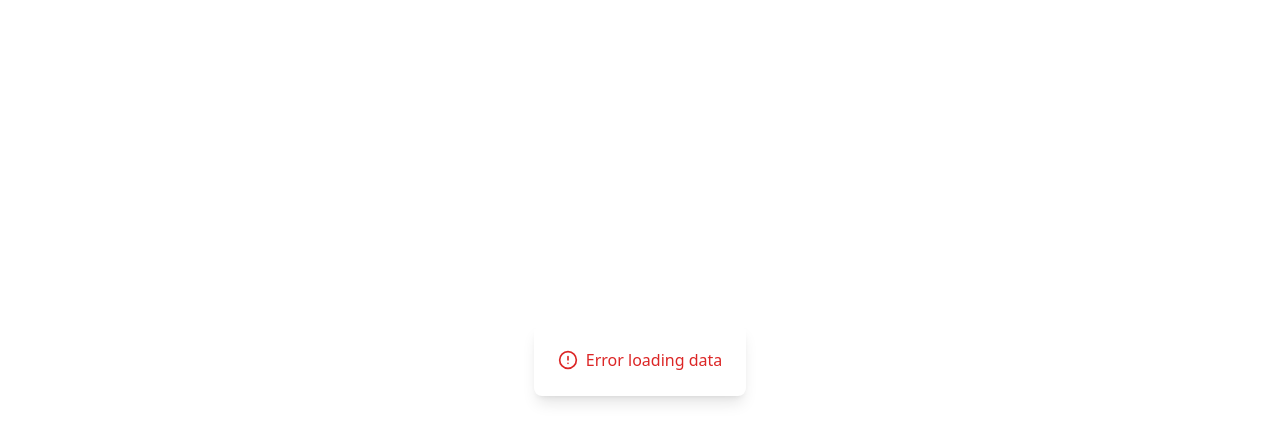
Repository: gpierre004/Stock_Analysis_Dashboard
Page: /portfolio
An editor plug-in stored every save of this project. The page is shown before and after the next save, followed by the edit.
The browser window is 1280 px wide. The pictures show the whole page.
The page's requests for data from a server got no answer. The project was rebuilt for these pictures with package versions that can differ from the ones it lists, and the page was loaded fresh each time. A package was used in the major version that the imports need, not the one package.json lists. No one was signed in, and anything a server would have sent is missing. Also part of the build but not shown: vite.config.ts, src/components/PriceChart.tsx, src/components/VolumeAnalysis.tsx, src/components/TechnicalSignals.tsx, src/components/common/ErrorCard.tsx, src/components/StockCard.tsx, src/components/CorrelationMatrix.tsx.

Above is the page before, as saved 2024-11-16 12:38:37.

### src/App.tsx
import React from 'react';
import { QueryClient, QueryClientProvider } from '@tanstack/react-query';
import { Dashboard } from './components/Dashboard';

const queryClient = new QueryClient({
  defaultOptions: {
    queries: {
      retry: 3,
      staleTime: 30000,
      refetchOnWindowFocus: false,
      refetchOnMount: true,
      onError: (error) => {
        console.error('Query error:', error);
      },
    },
  },
});

function App() {
  return (
    <QueryClientProvider client={queryClient}>
      <Dashboard />
    </QueryClientProvider>
  );
}

export default App;

### src/components/Dashboard.tsx
import React from 'react';
import { GanttChartSquare } from 'lucide-react';
import StockCard from './StockCard';
import LoadingCard from './common/LoadingCard';
import ErrorCard from './common/ErrorCard';
import { CorrelationMatrix } from './CorrelationMatrix';
import { useLatestPrices, useCorrelations } from '../hooks/useStockData';

export const Dashboard = () => {
  const {
    data: latestPrices,
    isLoading: pricesLoading,
    error: pricesError,
    isError: isPricesError
  } = useLatestPrices();

  const tickers = React.useMemo(() =>
    latestPrices?.map(price => price.CompanyTicker) || [],
    [latestPrices]
  );

  const {
    data: correlations,
    isLoading: correlationsLoading
  } = useCorrelations(tickers);

  if (isPricesError) {
    return (
      <div className="min-h-screen flex items-center justify-center">
        <ErrorCard
          message={pricesError instanceof Error ? pricesError.message : 'Error loading price data'}
        />
      </div>
    );
  }

  if (pricesLoading) {
    return (
      <div className="min-h-screen flex items-center justify-center">
        <LoadingCard />
      </div>
    );
  }

  if (!latestPrices?.length) {
    return (
      <div className="min-h-screen flex items-center justify-center">
        <ErrorCard message="No stock data available" />
      </div>
    );
  }

  return (
    <div className="min-h-screen bg-gray-100">
      <header className="bg-white shadow-sm">
        <div className="max-w-7xl mx-auto px-4 py-4 sm:px-6 lg:px-8">
          <div className="flex items-center gap-2">
            <GanttChartSquare className="w-8 h-8 text-blue-600" />
            <h1 className="text-2xl font-bold text-gray-900">Stock Analysis Dashboard</h1>
          </div>
        </div>
      </header>

      <main className="max-w-7xl mx-auto px-4 py-8 sm:px-6 lg:px-8">
        <div className="grid grid-cols-1 md:grid-cols-2 lg:grid-cols-3 gap-6">
          {latestPrices.map((price) => (
            <StockCard key={price.CompanyTicker} ticker={price.CompanyTicker} />
          ))}
        </div>

        {!correlationsLoading && correlations && correlations.length > 0 && (
          <div className="mt-6">
            <CorrelationMatrix correlations={correlations} />
          </div>
        )}
      </main>
    </div>
  );
};

export default Dashboard;

### src/components/common/LoadingCard.tsx
import React from 'react';
import { AlertCircle } from 'lucide-react';

interface ErrorCardProps {
  message: string;
  ticker?: string;
}

export const ErrorCard = ({ message, ticker }: ErrorCardProps) => {
  return (
    <div className="bg-white rounded-lg shadow-lg p-6">
      <div className="flex items-center gap-2 text-red-600">
        <AlertCircle className="w-5 h-5" />
        <div>{message || `Error loading data${ticker ? ` for ${ticker}` : ''}`}</div>
      </div>
    </div>
  );
};

export default ErrorCard;

### src/hooks/useStockData.ts
import { useQuery } from '@tanstack/react-query';

const API_BASE_URL = 'http://localhost:3000/api';

interface StockPrice {
  CompanyTicker: string;
  adjustedClose: number;
  volume: number;
  date: string;
}

interface VolumeAnalysisData {
  CompanyTicker: string;
  volume: number;
  avg_volume: number;
  vwap: number;
}

interface TechnicalIndicatorData {
  CompanyTicker: string;
  current_price: number;
  price_change_20d: number | null;
  sma20: number;
  avg_volume: number;
}

interface CorrelationData {
  ticker1: string;
  ticker2: string;
  correlation: number;
}

//Portfolio-related
interface PortfolioStock {
  ticker: string;
  total_invested: number;
  current_value: number;
  profit_loss: number;
}

// Error handling with specific error types
class APIError extends Error {
  constructor(public status: number, message: string) {
    super(message);
    this.name = 'APIError';
  }
}

// Generic fetch function with improved error handling
const fetchData = async <T>(url: string): Promise<T> => {
  try {
    const response = await fetch(url);
    if (!response.ok) {
      const errorText = await response.text();
      throw new APIError(response.status, errorText);
    }
    return response.json();
  } catch (error) {
    if (error instanceof APIError) {
      throw error;
    }
    throw new Error('Network error occurred');
  }
};

// Constants for refetch intervals
const REFRESH_INTERVALS = {
  PRICE: 60000,    // 1 minute
  VOLUME: 60000,   // 1 minute
  TECHNICAL: 60000, // 1 minute
  CORRELATION: 300000 // 5 minutes
} as const;

export const useLatestPrices = () => {
  return useQuery<StockPrice[], APIError>({
    queryKey: ['latestPrices'],
    queryFn: () => fetchData(`${API_BASE_URL}/prices/latest`),
    refetchInterval: REFRESH_INTERVALS.PRICE,
    retry: 3,
    staleTime: 30000,
    select: (data) => data.map(price => ({
      ...price,
      adjustedClose: Number(price.adjustedClose),
      volume: Number(price.volume)
    }))
  });
};

export const useVolumeAnalysis = (ticker: string) => {
  return useQuery<VolumeAnalysisData, APIError>({
    queryKey: ['volumeAnalysis', ticker],
    queryFn: () => fetchData(`${API_BASE_URL}/analysis/volume/${ticker}`),
    enabled: Boolean(ticker),
    refetchInterval: REFRESH_INTERVALS.VOLUME,
    retry: 3,
    staleTime: 30000,
    select: (data) => ({
      ...data,
      volume: Number(data.volume),
      avg_volume: Number(data.avg_volume),
      vwap: Number(data.vwap)
    })
  });
};

export const useTechnicalIndicators = (ticker: string) => {
  return useQuery<TechnicalIndicatorData, APIError>({
    queryKey: ['technicalIndicators', ticker],
    queryFn: () => fetchData(`${API_BASE_URL}/analysis/technical/${ticker}`),
    enabled: Boolean(ticker),
    refetchInterval: REFRESH_INTERVALS.TECHNICAL,
    retry: 3,
    staleTime: 30000,
    select: (data) => ({
      ...data,
      current_price: Number(data.current_price),
      price_change_20d: data.price_change_20d !== null ? Number(data.price_change_20d) : null,
      sma20: Number(data.sma20),
      avg_volume: Number(data.avg_volume)
    })
  });
};

export const useCorrelations = (tickers: string[]) => {
  return useQuery<CorrelationData[], APIError>({
    queryKey: ['correlations', tickers],
    queryFn: async () => {
      if (!tickers.length) return [];
      return fetchData(`${API_BASE_URL}/analysis/correlations?tickers=${tickers.join(',')}`);
    },
    enabled: tickers.length > 0,
    refetchInterval: REFRESH_INTERVALS.CORRELATION,
    retry: 3,
    staleTime: 150000,
    select: (data) => data.map(correlation => ({
      ...correlation,
      correlation: Number(correlation.correlation)
    }))
  });
};

// Porfolio related
export const usePortfolioData = () => {
  return useQuery<PortfolioStock[], Error>({
    queryKey: ['portfolioData'],
    queryFn: async () => {
      const response = await fetch(`${API_BASE_URL}/portfolio`); // Ensure this matches the new route
      if (!response.ok) {
        throw new Error('Failed to fetch portfolio data');
      }
      return response.json();
    },
    staleTime: 30000,
  });
};

### src/components/Portfolio.tsx
// src/components/Portfolio.tsx
import React from 'react';
import { usePortfolioData } from '../hooks/useStockData'; // Custom hook to fetch portfolio data
import LoadingCard from './common/LoadingCard';
import ErrorCard from './common/ErrorCard';

const Portfolio = () => {
  const { data: portfolioData, isLoading, error, isError } = usePortfolioData();

  if (isLoading) {
    return <LoadingCard />;
  }

  if (isError) {
    return <ErrorCard message={error instanceof Error ? error.message : 'Error loading portfolio data'} />;
  }

  if (!portfolioData || portfolioData.length === 0) {
    return <ErrorCard message="No portfolio data available" />;
  }

  return (
    <div className="min-h-screen bg-gray-100 p-6">
      <h1 className="text-2xl font-bold mb-4">My Portfolio</h1>
      <div className="grid grid-cols-1 md:grid-cols-2 lg:grid-cols-3 gap-6">
        {portfolioData.map((stock) => (
          <div key={stock.ticker} className="bg-white rounded-lg shadow-lg p-6">
            <h2 className="text-lg font-semibold">{stock.ticker}</h2>
            <p>Total Invested: ${stock.total_invested.toFixed(2)}</p>
            <p>Current Value: ${stock.current_value.toFixed(2)}</p>
            <p>Profit/Loss: ${stock.profit_loss.toFixed(2)}</p>
          </div>
        ))}
      </div>
    </div>
  );
};

export default Portfolio;

Loaded but not shown: index.html (common file); src/main.tsx (common file); src/index.css (common file); tailwind.config.js (common file)

After the next save:
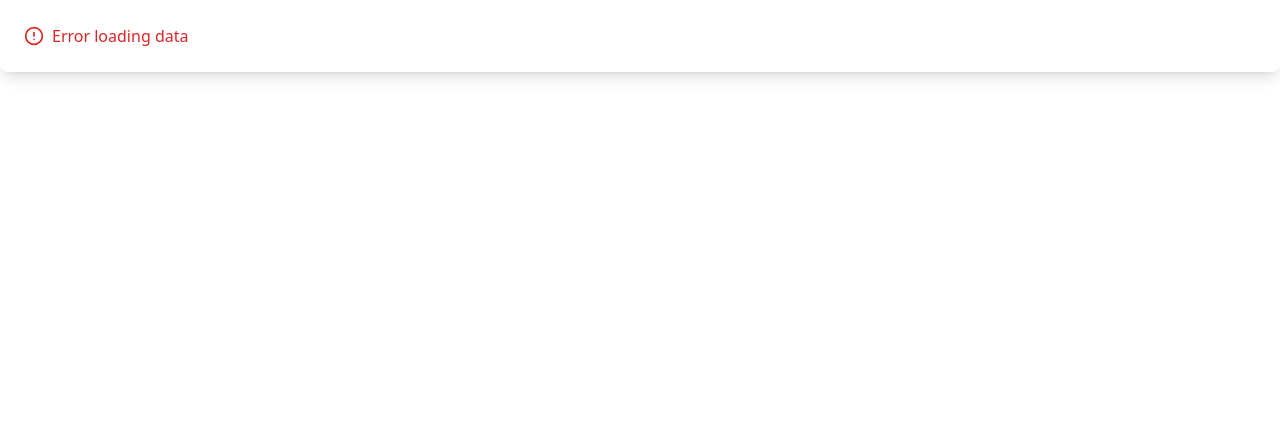
Saved 3 s later.
--- a/src/App.tsx
+++ b/src/App.tsx
@@ -1,6 +1,9 @@
+// src/App.tsx
 import React from 'react';
 import { QueryClient, QueryClientProvider } from '@tanstack/react-query';
-import { Dashboard } from './components/Dashboard';
+import { BrowserRouter as Router, Route, Switch } from 'react-router-dom';
+import Dashboard from './components/Dashboard';
+import Portfolio from './components/Portfolio'; // Import the Portfolio component
 
 const queryClient = new QueryClient({
   defaultOptions: {
@@ -19,7 +22,12 @@ const queryClient = new QueryClient({
 function App() {
   return (
     <QueryClientProvider client={queryClient}>
-      <Dashboard />
+      <Router>
+        <Switch>
+          <Route path="/" exact component={Dashboard} />
+          <Route path="/portfolio" component={Portfolio} /> {/* Add the new route */}
+        </Switch>
+      </Router>
     </QueryClientProvider>
   );
 }
